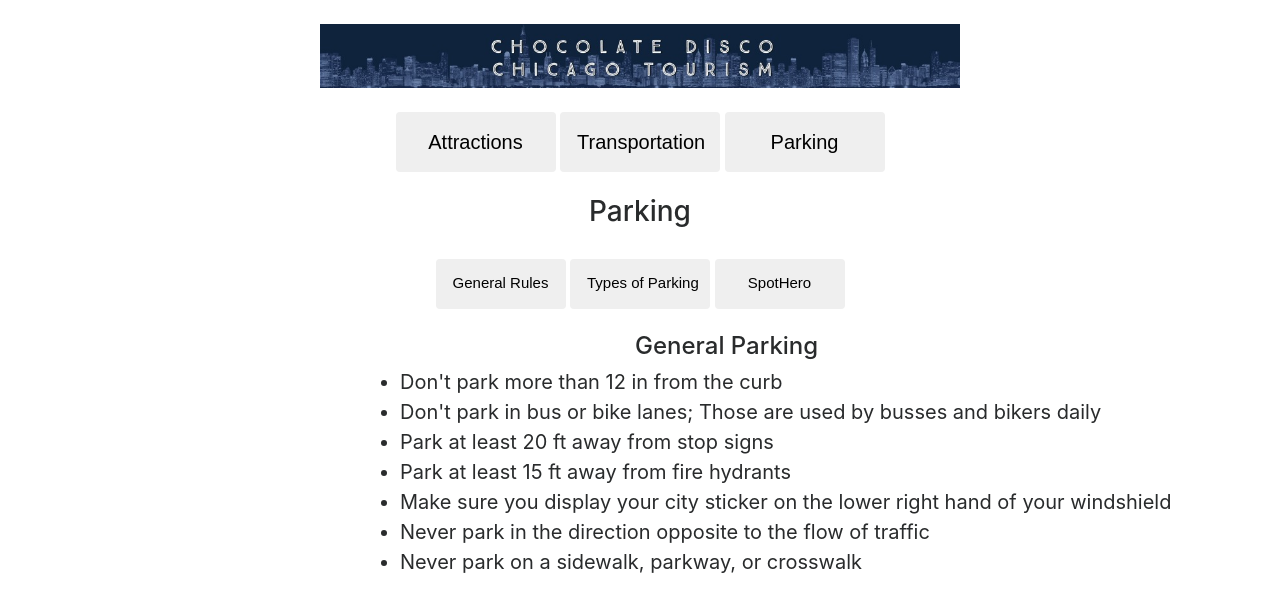
Repository: rkodit2/cs422project
Page: parking.html
The author's editor kept a copy of each file at every save. The page is drawn from the files as they stood at one save, then again after the next save.
The browser window is 1280 px wide. The pictures show the whole page.

Above is the page before, as saved 2021-11-26 13:57:19.

### parking.html
<!DOCTYPE html>
<html>
    <head>
        <title>Chocolate Disco Chicago Tourism</title>
        <link rel="stylesheet" href=
        "https://maxcdn.bootstrapcdn.com/bootstrap/4.0.0-alpha.6/css/bootstrap.css">
        <link rel="stylesheet" href="homepage.css">

    </head>
    <body>

        <br>
        <div id="banner">
          <img src="pictures/banner3.jpg" alt="mainpage banner" class = "center" onclick="location.href='homepage.html';">
        </div>

         <br>
        <div class= "button-center">
            <button type ="button" id="Attractions" class="btn" onclick="location.href='attractions.html';" style="width: 160px; height: 60px; font-size: 20px;"> Attractions </button>
            <button type ="button" id="Transportation" class="btn" onclick="location.href='transportation.html';" style="width: 160px; height: 60px; font-size: 20px"> Transportation </button>
            <button type ="button" id="Parking" class="btn" onclick="location.href='parking.html';" style="width: 160px; height: 60px; font-size: 20px;"> Parking </button>
        </div>
        <br>
        <h3 style="text-align: center;"> Parking </h2>
        <br>

        <div class= "button-center">
                <button type ="button" id="generalRules " class="btn" onclick="location.href='parking.html';" style="width: 130px; height: 50px; font-size: 15px;"> General Rules </button>
                <button type ="button" id="typesOfParking" class="btn" onclick="location.href='#';" style="width: 140px; height: 50px; font-size: 15px"> Types of Parking </button>
                <button type ="button" id="spotHero" class="btn" onclick="location.href='#';" style="width: 130px; height: 50px; font-size: 15px;"> SpotHero </button>
            </div>

            <br>
            <h4 style="padding-left: 635px;">General Parking</h4>
            <ul style="padding-left: 400px;">
                <li>Don't park more than 12 in from the curb</li>

                <li>Don't park in bus or bike lanes; Those are used by busses and bikers daily</li>

                <li>Park at least 20 ft away from stop signs</li>

                <li>Park at least 15 ft away from fire hydrants </li>

                <li>Make sure you display your city sticker on the lower right hand of your windshield</li>

                <li>Never park in the direction opposite to the flow of traffic</li>

                <li>Never park on a sidewalk, parkway, or crosswalk</li>
            </ul>

    </body>
</html>

### homepage.css
.button-center {
    text-align: center;
  }

.viewMore {
    display: flex;
    vertical-align: middle;
}
.center {
  display: block;
  margin-left: auto;
  margin-right: auto;
  width: 50%;
}
.gmap{
  display: flex;
  vertical-align: middle;
}

ul li{
  font-size:20px;
 }

After the next save:
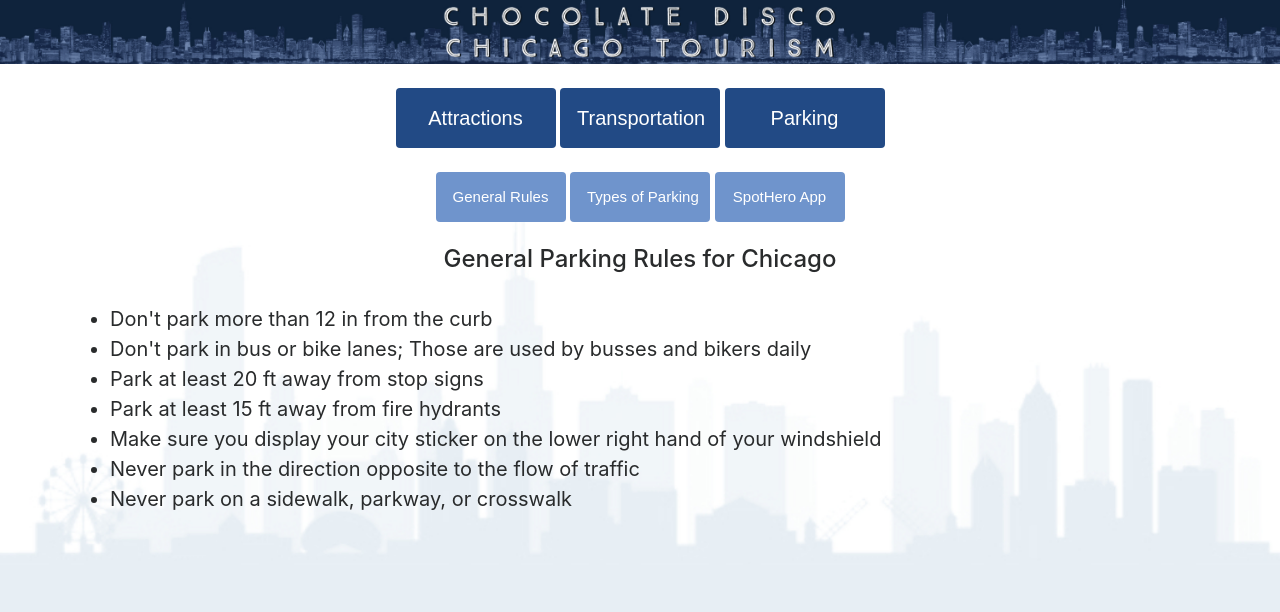
Saved 76 s later.
--- a/parking.html
+++ b/parking.html
@@ -7,32 +7,33 @@
         <link rel="stylesheet" href="homepage.css">
 
     </head>
-    <body>
+    <body style="background-image:url('pictures/background5.jpg');background-position: center; background-repeat: no-repeat; background-size: 100%; height: 100%;">
 
-        <br>
+
         <div id="banner">
-          <img src="pictures/banner3.jpg" alt="mainpage banner" class = "center" onclick="location.href='homepage.html';">
+            <img src="pictures/bannerCopy2.jpg" alt="mainpage banner" style = "width: 100%;" title = "Chocolate Disco Chicago Tourism Homepage" class = "center" onclick="location.href='homepage.html';">
         </div>
 
          <br>
-        <div class= "button-center">
-            <button type ="button" id="Attractions" class="btn" onclick="location.href='attractions.html';" style="width: 160px; height: 60px; font-size: 20px;"> Attractions </button>
-            <button type ="button" id="Transportation" class="btn" onclick="location.href='transportation.html';" style="width: 160px; height: 60px; font-size: 20px"> Transportation </button>
-            <button type ="button" id="Parking" class="btn" onclick="location.href='parking.html';" style="width: 160px; height: 60px; font-size: 20px;"> Parking </button>
+         <div class= "button-center">
+            <button type ="button" id="Attractions" class="btn" onclick="location.href='attractions.html';" style="width: 160px; height: 60px; font-size: 20px; background-color: rgb(34, 74, 133); color: white;" onmouseenter = "this.style.backgroundColor = 'rgb(111, 148, 204)'" onmouseleave="style.backgroundColor = 'rgb(34, 74, 133)'"> Attractions </button>
+            <button type ="button" id="Transportation" class="btn" onclick="location.href='transportation.html';" style="width: 160px; height: 60px; font-size: 20px; background-color: rgb(34, 74, 133); color: white;" onmouseenter = "this.style.backgroundColor = 'rgb(111, 148, 204)'" onmouseleave="style.backgroundColor = 'rgb(34, 74, 133)'"> Transportation </button>
+            <button type ="button" id="Parking" class="btn" onclick="location.href='parking.html';" style="width: 160px; height: 60px; font-size: 20px; background-color: rgb(34, 74, 133); color: white;" onmouseenter = "this.style.backgroundColor = 'rgb(111, 148, 204)'" onmouseleave="style.backgroundColor = 'rgb(34, 74, 133)'"> Parking </button>
         </div>
-        <br>
-        <h3 style="text-align: center;"> Parking </h2>
+
         <br>
 
         <div class= "button-center">
-                <button type ="button" id="generalRules " class="btn" onclick="location.href='parking.html';" style="width: 130px; height: 50px; font-size: 15px;"> General Rules </button>
-                <button type ="button" id="typesOfParking" class="btn" onclick="location.href='#';" style="width: 140px; height: 50px; font-size: 15px"> Types of Parking </button>
-                <button type ="button" id="spotHero" class="btn" onclick="location.href='#';" style="width: 130px; height: 50px; font-size: 15px;"> SpotHero </button>
-            </div>
-
+            <button type ="button" id="generalRules " class="btn" onclick="location.href='parking.html';" style="width: 130px; height: 50px; font-size: 15px; background-color: rgb(111, 148, 204); color: white;" onmouseenter = "this.style.backgroundColor = 'rgb(34, 74, 133)'" onmouseleave="style.backgroundColor = 'rgb(111, 148, 204)'"> General Rules </button>
+            <button type ="button" id="typesOfParking" class="btn" onclick="location.href='#';" style="width: 140px; height: 50px; font-size: 15px; background-color: rgb(111, 148, 204); color: white;" onmouseenter = "this.style.backgroundColor = 'rgb(34, 74, 133)'" onmouseleave="style.backgroundColor = 'rgb(111, 148, 204)'"> Types of Parking </button>
+            <button type ="button" id="spotHero" class="btn" onclick="location.href='spotHero.html';" style="width: 130px; height: 50px; font-size: 15px; background-color: rgb(111, 148, 204); color: white;" onmouseenter = "this.style.backgroundColor = 'rgb(34, 74, 133)'" onmouseleave="style.backgroundColor = 'rgb(111, 148, 204)'"> SpotHero App </button>
             <br>
-            <h4 style="padding-left: 635px;">General Parking</h4>
-            <ul style="padding-left: 400px;">
+            <br>
+            <h4>General Parking Rules for Chicago</h4>
+        </div>
+        <br>
+        <div style = "padding-left: 70px; padding-right: 70px;  padding-bottom: 50px;">
+            <ul>
                 <li>Don't park more than 12 in from the curb</li>
 
                 <li>Don't park in bus or bike lanes; Those are used by busses and bikers daily</li>
@@ -47,6 +48,7 @@
 
                 <li>Never park on a sidewalk, parkway, or crosswalk</li>
             </ul>
+        </div>
 
     </body>
 </html>
